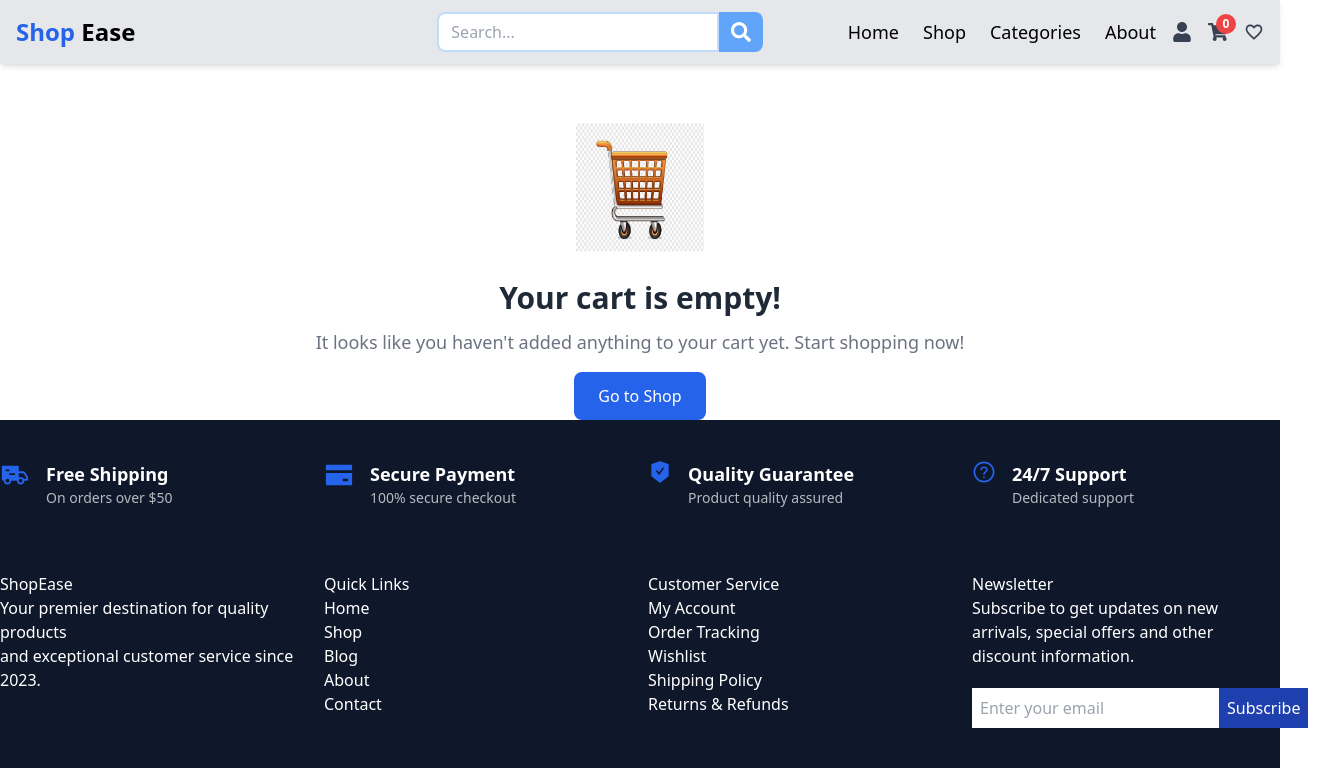
Repository: Muyassar-Mamdoh-Salem/project
Page: /cart
An editor plug-in stored every save of this project. The page is shown before and after the next save, followed by the edit.
The browser window is 1280 px wide. The page is 1308 px wide, then 1320 px, so the pictures cover 1320 px, including what lies to the right of the window. The pictures show the whole page.
The project was rebuilt for these pictures with package versions that can differ from the ones it lists, and the page was loaded fresh each time. Also part of the build but not shown: vite.config.js, src/pages/Sign.jsx, src/pages/Products.jsx, src/pages/Banner.jsx, src/components/Home.jsx, src/components/Shop.jsx, src/components/About.jsx, src/components/Categories.jsx and 2 more.

Above is the page before, as saved 2025-05-20 22:23:03.

### src/main.jsx
import { StrictMode } from 'react';
import { createRoot } from 'react-dom/client';
import { Provider } from 'react-redux';
import './index.css';
import App from './App.jsx';
import { store } from './Redux/store.js';
import firebase from './FirebaseConfig.js'; // <-- تهيئة Firebase

createRoot(document.getElementById('root')).render(
  <StrictMode>
    <Provider store={store}>
      <App />
    </Provider>
  </StrictMode>,
);

### src/App.jsx
import React from "react";
import {
  createBrowserRouter,
  createRoutesFromElements,
  Outlet,
  Route,
  RouterProvider,
} from "react-router-dom";

import Header from "./components/Header";
import Footer from "./components/Footer";
import Sign from "./pages/Sign";
import Home from "./components/Home";
import Cart from "./pages/Cart";
import Shop from "./components/Shop";
import About from "./components/About";
import Categories from "./components/Categories";
import Regpage from "./pages/Regpage";
import ProductDetails from "./components/ProductDetails";
import { ProductsData } from "./api/Api";

const Layout = () => {




  return (
    <>
      <Header />
      <Outlet /> {/* سيتم استبداله بالمحتوى حسب المسار */}
      <Footer />
    </>
  );
};

const App = () => {
  const router = createBrowserRouter(
    createRoutesFromElements(
      <>
        <Route path="/" element={<Layout />}>
          <Route index element={<Home />} loader={ProductsData} />
          <Route path="cart" element={<Cart />} />
        </Route>
        <Route path="sign" element={<Sign />} />
        <Route path="shop" element={<Shop />} />
        <Route path="about" element={<About />} />
        <Route path="product/:id" element={<ProductDetails />} />
        <Route path="categories" element={<Categories />} />
                  <Route path="regpage" element={<Regpage />} />

      </>
    ),
    {
      future: {
        v7_startTransition: true,
        v7_relativeSplatPath: true,
      },
    }
  );

  return <RouterProvider router={router} />;
};

export default App;

### src/Redux/store.js
import { configureStore } from "@reduxjs/toolkit";
import appReducer from "./appSlice";

export const store = configureStore({
  reducer: {
    app: appReducer,
  },
});

### src/FirebaseConfig.js
// Import the functions you need from the SDKs you need
import { initializeApp } from "firebase/app";
// import { getAnalytics } from "firebase/analytics";
// TODO: Add SDKs for Firebase products that you want to use
// https://firebase.google.com/docs/web/setup#available-libraries

// Your web app's Firebase configuration
// For Firebase JS SDK v7.20.0 and later, measurementId is optional
const firebaseConfig = {
  apiKey: "AIzaSyAalUgJ3Ll3tkHQAQvJdORNeafACY-ek9w",
  authDomain: "ecommerce-app-6b6cb.firebaseapp.com",
  projectId: "ecommerce-app-6b6cb",
  storageBucket: "ecommerce-app-6b6cb.firebasestorage.app",
  messagingSenderId: "415824190073",
  appId: "1:415824190073:web:a47d569907d09dda5392a8",
  measurementId: "G-PF1PYRJ45L"
};

// Initialize Firebase
const app = initializeApp(firebaseConfig);
export default app;

### src/components/Header.jsx
import React, { useState } from "react";
import { HashLink } from "react-router-hash-link";
import { FaSearch, FaUser, FaShoppingCart, FaBars, FaSignOutAlt } from "react-icons/fa";
import { MdFavoriteBorder } from "react-icons/md";
import { IoMdClose } from "react-icons/io";
import { useDispatch, useSelector } from "react-redux";
import { getAuth, signOut } from "firebase/auth";
import { Logoutuser } from "../Redux/appSlice";

const Header = () => {
  const UserInfo = useSelector((state) => state.app.UserInfo);
  const dispatch = useDispatch();
  const [openBar, setOpenBar] = useState(false);

  const totalItems = useSelector((state) =>
    state.app.products.reduce((total, item) => total + item.quantity, 0)
  );

  const handleLogout = () => {
    const auth = getAuth();
    signOut(auth)
      .then(() => {
        console.log("Sign-out successful.");
        dispatch(Logoutuser());
      })
      .catch((error) => {
        console.log("An error happened", error);
      });
  };

  return (
    <>
      {/* HEADER */}
      <header className="bg-gray-200 shadow-md fixed top-0 left-0 right-0 z-30">
        <div className="container mx-auto grid grid-cols-1 md:grid-cols-3 items-center gap-4 px-4 py-3">
          {/* Logo */}
          <div className="flex justify-center md:justify-start">
            <h2 className="text-2xl font-bold">
              <span className="text-blue-600">Shop</span> Ease
            </h2>
          </div>

          {/* Search bar */}
          <div className="flex justify-center w-full">
            <div className="flex items-center w-full mr-20 max-w-md">
              <input
                type="text"
                className="flex-grow h-10 rounded-l-lg border-2 border-blue-200 px-3"
                placeholder="Search..."
              />
              <button className="h-10 bg-blue-400 hover:bg-blue-600 active:bg-blue-700 rounded-r-lg px-3 flex items-center justify-center">
                <FaSearch className="w-5 h-5 text-white" />
              </button>
            </div>
          </div>

          {/* Navigation + Icons */}
          <div className="flex justify-end items-center space-x-4">
            {/* Desktop Nav */}
            <nav className="hidden md:flex space-x-6 text-lg">
              <HashLink smooth to="/#top" onClick={() => setOpenBar(false)} className="hover:text-blue-500 transition duration-300">Home</HashLink>
              <HashLink to="/shop" className="hover:text-blue-500 transition duration-300">Shop</HashLink>
              <HashLink to="/categories" className="hover:text-blue-500 transition duration-300">Categories</HashLink>
              <HashLink to="/about" className="hover:text-blue-500 transition duration-300">About</HashLink>
            </nav>

            {/* Desktop Icons */}
            <div className="hidden md:flex items-center space-x-4 text-xl text-gray-700">
              {UserInfo ? (
                <>
                  <span className="text-sm font-semibold text-gray-800 mr-2">
                   {UserInfo.userName}
                  </span>
                  {/* Logout Icon */}
                  <button onClick={handleLogout} title="Logout">
                    <FaSignOutAlt className="text-xl text-gray-700 hover:text-red-600 transition duration-300" />
                  </button>
                </>
              ) : (
                <HashLink to="/regpage">
                  <FaUser className="hover:text-blue-500 cursor-pointer transition duration-300" />
                </HashLink>
              )}

              <HashLink to="/cart" className="relative inline-block">
                <span className="absolute -top-2 -right-2 bg-red-500 text-white text-xs font-bold rounded-full w-5 h-5 flex items-center justify-center">
                  {totalItems}
                </span>
                <FaShoppingCart className="text-xl hover:text-blue-500 cursor-pointer transition duration-300" />
              </HashLink>
              <MdFavoriteBorder className="hover:text-blue-500 cursor-pointer transition duration-300" />
            </div>

            {/* Mobile Menu Button */}
            <div className="md:hidden cursor-pointer text-gray-800" onClick={() => setOpenBar(!openBar)}>
              {!openBar ? <FaBars fontSize="20px" /> : <IoMdClose fontSize="20px" />}
            </div>
          </div>
        </div>
      </header>

      {/* SIDEBAR - Mobile Menu */}
      <div className={`fixed top-0 right-0 w-[220px] h-[100vh] transform ${openBar ? "translate-x-0" : "translate-x-full"} transition-transform duration-500 ease-in-out z-50 bg-gradient-to-b from-blue-900 via-blue-800 to-gray-900 md:hidden`}>
        <div className="absolute top-4 left-3 text-white cursor-pointer" onClick={() => setOpenBar(false)}>
          <IoMdClose fontSize="24px" />
        </div>

        {/* Sidebar Icons */}
        <div className="flex items-center justify-around py-5 text-white mt-12 border-b border-gray-600">
          {UserInfo ? (
            <>
              <span className="text-sm font-semibold">{UserInfo.userName}</span>
              {/* Logout Icon + Button */}
              <button onClick={handleLogout} title="Logout">
                <FaSignOutAlt className="text-xl hover:text-yellow-400 transition duration-300" />
              </button>
            </>
          ) : (
            <HashLink to="/regpage" onClick={() => setOpenBar(false)}>
              <FaUser className="text-xl active:text-yellow-400 cursor-pointer transition duration-300" />
            </HashLink>
          )}

          <HashLink to="/cart" onClick={() => setOpenBar(false)} className="relative">
            <span className="absolute -top-2 -right-2 bg-red-500 text-white text-xs font-bold rounded-full w-5 h-5 flex items-center justify-center">
              {totalItems}
            </span>
            <FaShoppingCart className="text-xl active:text-yellow-400 cursor-pointer transition duration-300" />
          </HashLink>

          <MdFavoriteBorder className="text-xl active:text-yellow-400 cursor-pointer transition duration-300" />
        </div>

        {/* Sidebar Nav */}
        <nav className="mt-10 text-white flex flex-col space-y-6 px-6 text-lg">
          <HashLink smooth to="/#top" onClick={() => setOpenBar(false)} className="hover:text-yellow-400 transition duration-300">Home</HashLink>
          <HashLink to="/shop" onClick={() => setOpenBar(false)} className="hover:text-yellow-400 transition duration-300">Shop</HashLink>
          <HashLink to="/categories" onClick={() => setOpenBar(false)} className="hover:text-yellow-400 transition duration-300">Categories</HashLink>
          <HashLink to="/about" onClick={() => setOpenBar(false)} className="hover:text-yellow-400 transition duration-300">About</HashLink>
        </nav>
      </div>
    </>
  );
};

export default Header;

### src/components/Footer.jsx
import React from 'react'
import {
  AiFillTruck,
  AiFillCreditCard,
  AiFillSafetyCertificate,
  AiOutlineQuestionCircle,
} from 'react-icons/ai'

const features = [
  {
    icon: <AiFillTruck className='text-3xl text-blue-600' />,
    title: 'Free Shipping',
    desc: 'On orders over $50',
  },
  {
    icon: <AiFillCreditCard className='text-3xl text-blue-600' />,
    title: 'Secure Payment',
    desc: '100% secure checkout',
  },
  {
    icon: <AiFillSafetyCertificate className='text-2xl text-blue-600' />,
    title: 'Quality Guarantee',
    desc: 'Product quality assured',
  },
  {
    icon: <AiOutlineQuestionCircle className='text-2xl text-blue-600' />,
    title: '24/7 Support',
    desc: 'Dedicated support',
  },
]

const Footer = () => {
  return (
    <div className='bg-slate-900'>
      <footer className='text-white gap-4 grid grid-cols-2 container mx-auto md:grid-cols-4 py-10'>

        {features.map((item, index) => (
          <div key={index}>
            <div className='flex items-start gap-4'>
              {item.icon}
              <div>
                <h3 className='text-lg font-semibold'>{item.title}</h3>
                <p className='opacity-70 text-sm'>{item.desc}</p>
              </div>
            </div>

            {/* المحتوى الإضافي لكل عمود حسب ما هو موجود في النسخة الأصلية */}
            {index === 0 && (
              <div className='mt-16'>
                <h3 dir='ltr'>ShopEase</h3>
                <p>
                  Your premier destination for quality products <br /> and
                  exceptional customer service since 2023.
                </p>
              </div>
            )}

            {index === 1 && (
              <div className='mt-16 '>
                <h3>Quick Links</h3>
                <ul>
                  <li>Home</li>
                  <li>Shop</li>
                  <li>Blog</li>
                  <li>About</li>
                  <li>Contact</li>
                </ul>
              </div>
            )}

            {index === 2 && (
              <div className='mt-16'>
                <h3>Customer Service</h3>
                <ul>
                  <li>My Account</li>
                  <li>Order Tracking</li>
                  <li>Wishlist</li>
                  <li>Shipping Policy</li>
                  <li>Returns & Refunds</li>
                </ul>
              </div>
            )}

            {index === 3 && (
              <div className='mt-16'>
                <h3>Newsletter</h3>
                <p>
                  Subscribe to get updates on new arrivals, special offers and
                  other discount information.
                </p>
                <div className='flex items-center mt-5'>
                  <input
                    type='email'
                    placeholder='Enter your email'
                    className='p-2'
                  />
                  <button className='bg-blue-800 text-white p-2'>
                    Subscribe
                  </button>
                </div>
              </div>
            )}
          </div>
        ))}
      </footer>


    </div>
  )
}

export default Footer

### src/pages/Cart.jsx
import { useDispatch, useSelector } from 'react-redux';
import { increment, decrement, RemoveAllCart } from '../Redux/appSlice';

const Cart = () => {
  const products = useSelector((state) => state.app.products);
  const dispatch = useDispatch();

  if (!products || products.length === 0) {
    return (
      <div className="mt-32 text-center text-gray-600 px-4">
        <div className="flex flex-col items-center justify-center">
          <img src="shopping.png" className="w-24 sm:w-32 h-24 sm:h-32 mb-6 animate-bounce" />
          <h2 className="text-2xl sm:text-3xl font-semibold text-gray-800 mb-3">Your cart is empty!</h2>
          <p className="text-base sm:text-lg text-gray-500 mb-4">It looks like you haven't added anything to your cart yet. Start shopping now!</p>
          <button
            className="bg-blue-600 text-white px-5 py-2 sm:px-6 sm:py-3 rounded-lg hover:bg-blue-700 transition"
            onClick={() => window.location.href = '/shop'}
          >
            Go to Shop
          </button>
        </div>
      </div>
    );
  }

  return (
    <div className="mt-20 px-4 sm:px-6 lg:px-8 max-w-7xl mx-auto">
      <h1 className="text-3xl sm:text-5xl font-bold text-center text-gray-800 mb-10">Your Cart</h1>

      <div className="space-y-6">
        {products.map((product) => (
          <div
            key={product.id}
            className="flex flex-col lg:flex-row items-center justify-between gap-4 bg-gradient-to-r from-purple-600 to-blue-500 p-4 sm:p-6 rounded-xl shadow-lg transform hover:scale-[1.01] transition duration-300"
          >
            {/* Image + info */}
            <div className="flex flex-col sm:flex-row items-center sm:items-start gap-4 w-full lg:w-2/3">
              <img
                src={product.image}
                alt={product.title}
                className="w-36 h-36 sm:w-44 sm:h-44 object-cover rounded-xl shadow-xl"
              />
              <div className="text-white text-center sm:text-left">
                <h2 className="text-xl sm:text-2xl font-semibold mb-1">{product.title}</h2>
                <p className="text-sm sm:text-base text-white/90 max-w-md">{product.description}</p>
              </div>
            </div>

            {/* Controls */}
            <div className="text-white text-center lg:text-right w-full lg:w-1/3">
              <p className="text-lg sm:text-xl font-semibold">${product.price}</p>
              <p className="mt-1 text-base sm:text-lg">Quantity: {product.quantity}</p>
              <div className="flex justify-center lg:justify-end gap-4 mt-2">
                <button
                  onClick={() => dispatch(increment({ id: product.id }))}
                  className="text-2xl bg-green-500 text-white p-2 rounded-full hover:bg-green-600"
                >
                  +
                </button>
                <button
                  onClick={() => dispatch(decrement({ id: product.id }))}
                  className="text-2xl bg-red-500 text-white p-2 rounded-full hover:bg-red-600"
                >
                  -
                </button>
              </div>
            </div>
          </div>
        ))}
      </div>

      {/* Clear All */}
      <div className="mt-6 text-center">
        <button
          onClick={() => dispatch(RemoveAllCart())}
          className="bg-red-600 text-white px-5 py-3 rounded-lg hover:bg-red-700 transition"
        >
          Clear All
        </button>
      </div>

      {/* Total */}
      <div className="flex flex-col sm:flex-row justify-between items-center bg-gradient-to-r from-green-400 to-blue-500 p-4 sm:p-6 rounded-xl shadow-lg mt-10">
        <h2 className="text-2xl sm:text-3xl font-semibold text-white">Total</h2>
        <p className="text-2xl sm:text-3xl font-bold text-yellow-300 mt-2 sm:mt-0">
          ${products.reduce((total, product) => total + product.price * product.quantity, 0).toFixed(2)}
        </p>
      </div>

      {/* Checkout */}
      <div className="mt-10 text-center">
        <button className="bg-yellow-500 text-white py-3 px-6 sm:py-4 sm:px-10 rounded-full shadow-xl hover:bg-yellow-600 transition">
          Proceed to Checkout
        </button>
      </div>
    </div>
  );
};

export default Cart;

### src/api/Api.js
//
export const ProductsData = async () => {
    const response = await fetch("https://fakestoreapi.com/products");
    if (!response.ok) throw new Error("فشل الجلب");
    return await response.json();
  };

### src/Redux/appSlice.js
import { createSlice } from "@reduxjs/toolkit";

const initialState = {
  products: [],
  UserInfo: null,
};

const appSlice = createSlice({
  name: "Ecommerce",
  initialState,
  reducers: {
    addToCart: (state, action) => {
      const item = state.products.find((item) => item?.id === action.payload?.id);
      if (item) {
        if (action.payload?.quantity > 0) {
          item.quantity += action.payload.quantity;
        }
      } else {
        if (action.payload?.id && action.payload?.quantity > 0) {
          state.products.push(action.payload);
        }
      }
    },

    increment: (state, action) => {
      const item = state.products.find((item) => item.id === action.payload.id);
      if (item) {
        item.quantity++;
      }
    },

    decrement: (state, action) => {
      const item = state.products.find((item) => item.id === action.payload.id);
      if (item && item.quantity > 1) {
        item.quantity--;
      }
    },

    RemoveAllCart: (state) => {
      state.products = [];
    },

    setUser: (state, action) => {
      state.UserInfo = action.payload;
      localStorage.setItem("UserInfo", JSON.stringify(action.payload)); // حفظ في localStorage
    },

    Logoutuser: (state) => {
      state.UserInfo = null;
      localStorage.removeItem("UserInfo"); // حذف من localStorage عند تسجيل الخروج
    },
  },
});

export const { addToCart, increment, decrement, RemoveAllCart, setUser, Logoutuser } =
  appSlice.actions;

export default appSlice.reducer;

Loaded but not shown: index.html (common file); src/index.css (common file); tailwind.config.js (common file)

After the next save:
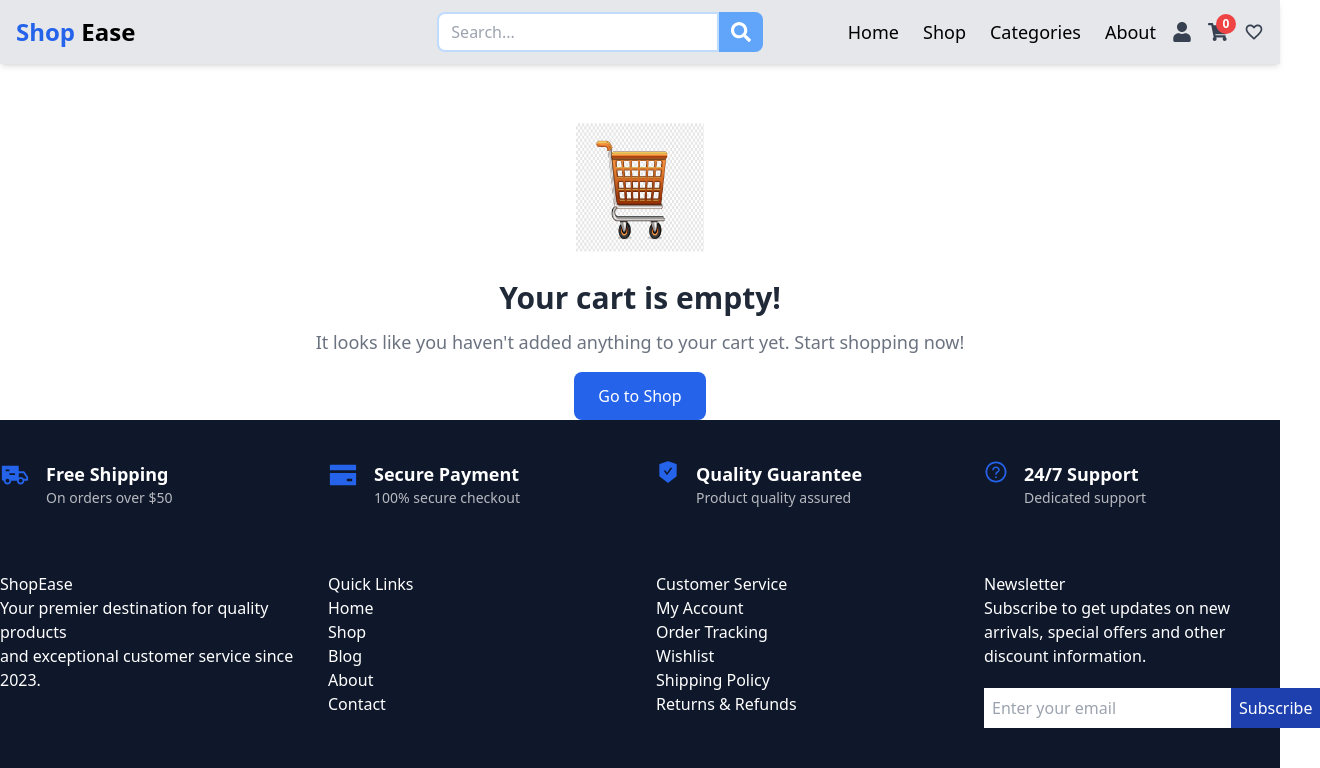
Saved 95 s later.
--- a/src/components/Footer.jsx
+++ b/src/components/Footer.jsx
@@ -32,8 +32,7 @@ const features = [
 const Footer = () => {
   return (
     <div className='bg-slate-900'>
-      <footer className='text-white gap-4 grid grid-cols-2 container mx-auto md:grid-cols-4 py-10'>
-
+      <footer className='text-white grid gap-8 grid-cols-1 sm:grid-cols-2 lg:grid-cols-4 container mx-auto py-10'>
         {features.map((item, index) => (
           <div key={index}>
             <div className='flex items-start gap-4'>
@@ -56,7 +55,7 @@ const Footer = () => {
             )}
 
             {index === 1 && (
-              <div className='mt-16 '>
+              <div className='mt-16'>
                 <h3>Quick Links</h3>
                 <ul>
                   <li>Home</li>
@@ -103,8 +102,6 @@ const Footer = () => {
           </div>
         ))}
       </footer>
-
-
     </div>
   )
 }
